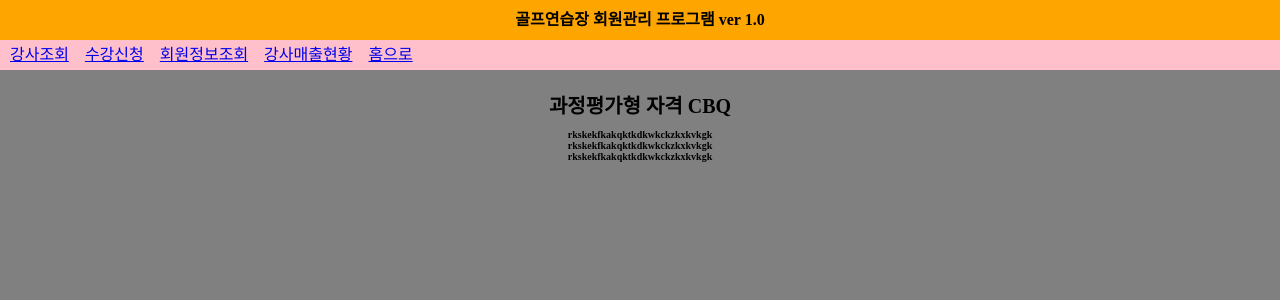
Repository: wjdwlgns1101/school_hrd
Page: http://localhost/hrd_30111_1_/
These files come from the project's save history. The page is drawn as it stood at one moment and after the next save; the edit follows.
The browser window is 1280 px wide. The pictures show the whole page.
The page is served by Tomcat 9.

Above is the page before, as saved 2024-05-06 13:57:14.

### hrd_30111_(1)/hrd_30111(1)/src/main/webapp/index.jsp
<%@ page language="java" contentType="text/html; charset=UTF-8"
    pageEncoding="UTF-8"%>
<!DOCTYPE html>
<html>
<head>
<meta charset="UTF-8">
<title>Insert title here</title>
</head>
<body>
<jsp:include page="header.jsp"></jsp:include>
<section style="position: fixed; background-color: gray; top: 70px; text-align: center; left: 0; width: 100%; height: 100%; padding-top: 20px;">
<b style="font-size: 20px;">과정평가형 자격 CBQ<b>

<p style="font-size: 10px;">
	rkskekfkakqktkdkwkckzkxkvkgk <br>
	rkskekfkakqktkdkwkckzkxkvkgk <br>
	rkskekfkakqktkdkwkckzkxkvkgk <br>


</p>


</section>


<jsp:include page="footer.jsp"></jsp:include>
</body>
</html>

### hrd_30111_(1)/hrd_30111(1)/src/main/webapp/header.jsp
<%@ page language="java" contentType="text/html; charset=UTF-8"
    pageEncoding="UTF-8"%>
<!DOCTYPE html>
<html>
<head>
<meta charset="UTF-8">
<title>Insert title here</title>
</head>
<body>
<header style="position: fixed; background-color: orange; width: 100%; height: 40px; padding: 0; left: 0; top: 0; text-align: center; line-height: 40px;'">
	<b>골프연습장 회원관리 프로그램 ver 1.0</b>

<nav style="background-color: pink; text-align: left; padding-left: 10px; height: 30px; line-height: 30px;" >

	<a href="#">강사조회</a> &nbsp;&nbsp;
	<a href="#">수강신청</a> &nbsp;&nbsp;
	<a href="#">회원정보조회</a> &nbsp;&nbsp;
	<a href="#">강사매출현황</a> &nbsp;&nbsp;
	<a href="index.jsp">홈으로</a>

</nav>

</header>


</body>
</html>

Loaded but not shown: hrd_30111_(1)/hrd_30111(1)/src/main/webapp/footer.jsp (common file)

After the next save:
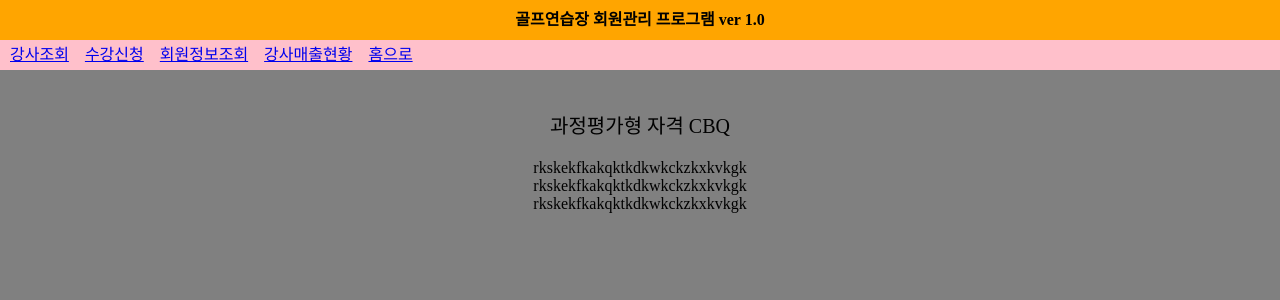
Saved 10 s later.
--- a/hrd_30111_(1)/hrd_30111(1)/src/main/webapp/index.jsp
+++ b/hrd_30111_(1)/hrd_30111(1)/src/main/webapp/index.jsp
@@ -9,9 +9,9 @@
 <body>
 <jsp:include page="header.jsp"></jsp:include>
 <section style="position: fixed; background-color: gray; top: 70px; text-align: center; left: 0; width: 100%; height: 100%; padding-top: 20px;">
-<b style="font-size: 20px;">과정평가형 자격 CBQ<b>
+<p style="font-size: 20px;">과정평가형 자격 CBQ<p>
 
-<p style="font-size: 10px;">
+<p>
 	rkskekfkakqktkdkwkckzkxkvkgk <br>
 	rkskekfkakqktkdkwkckzkxkvkgk <br>
 	rkskekfkakqktkdkwkckzkxkvkgk <br>
